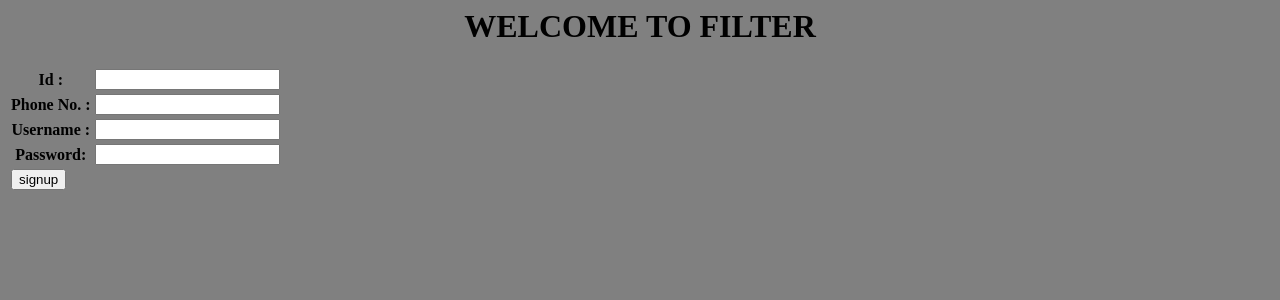
Repository: talkgunish/JAVA-WORLD
Page: advance_java/my_eclipse_java_proj/cookie_session/Filter/WebContent/signup.html
The author's editor kept a copy of each file at every save. The page is drawn from the files as they stood at one save, then again after the next save.
The browser window is 1280 px wide. The pictures show the whole page.

Above is the page before, as saved 2018-06-21 08:51:00.

After the next save:
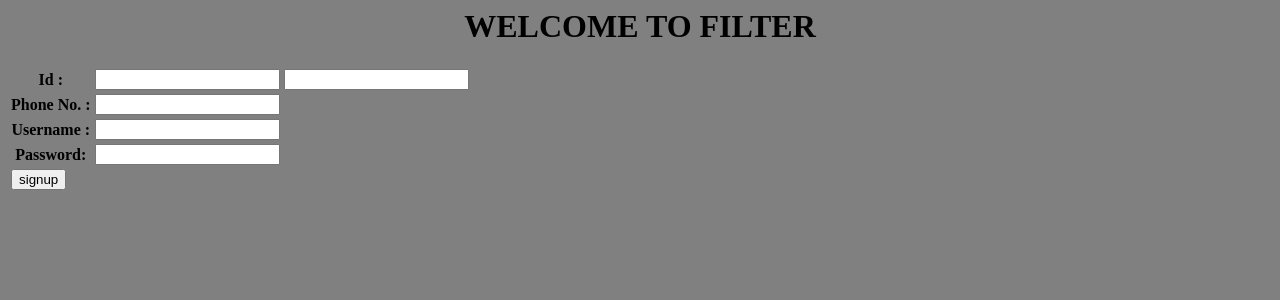
Saved 52 s later.
--- a/advance_java/my_eclipse_java_proj/cookie_session/Filter/WebContent/signup.html
+++ b/advance_java/my_eclipse_java_proj/cookie_session/Filter/WebContent/signup.html
@@ -10,7 +10,8 @@
 <h1>WELCOME TO FILTER</h1>
 <table>
 <tr><th>Id :</th>
-<td> <input type="text" name="id"></td></tr>
+<td> <input type="text" name="id"></td>
+<td> <input type="select" name="who"></tr>
 <tr><th>Phone No. : </th>
 <td><input type="text" name="phone"></td></tr>
 <tr><th>Username :</th>
